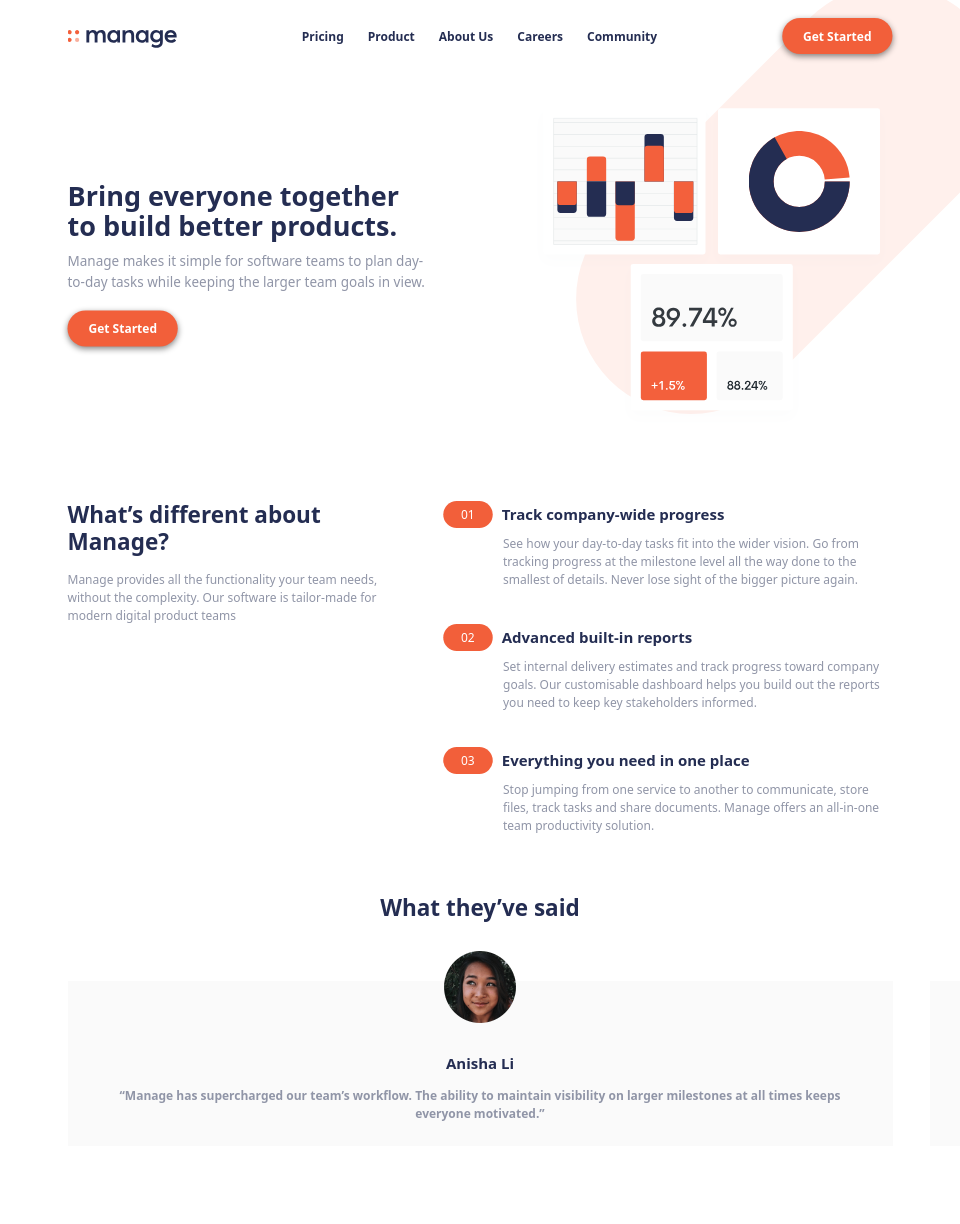
Repository: aqib-01/manage-landing-page
Page: /
An editor plug-in stored every save of this project. The page is shown before and after the next save, followed by the edit.
The browser window is 1280 px wide. The pictures show the whole page, at 75% of full size.
The project was rebuilt for these pictures with package versions that can differ from the ones it lists, and the page was loaded fresh each time.

Above is the page before, as saved 2022-05-12 21:58:19.

### public/index.html
<!DOCTYPE html>
<html lang="en">
  <head>
    <meta charset="utf-8" />
    <link rel="icon" href="%PUBLIC_URL%/favicon.ico" />
    <meta name="viewport" content="width=device-width, initial-scale=1" />
    <meta name="theme-color" content="#000000" />
    <meta name="description" content="Manage Landing Page" />
    <link rel="apple-touch-icon" href="%PUBLIC_URL%/logo192.png" />

    <link rel="manifest" href="%PUBLIC_URL%/manifest.json" />

    <title>Manage Landing Page</title>
  </head>
  <body>
    <noscript>You need to enable JavaScript to run this app.</noscript>
    <div id="root"></div>
  </body>
</html>

### src/index.js
import React from "react";
import ReactDOM from "react-dom";
import "./css/tailwind.css";
import "./css/style.css";
import App from "./App";

ReactDOM.render(
  <React.StrictMode>
    <App />
  </React.StrictMode>,
  document.getElementById("root")
);

### src/css/style.css
.wrapper {
  width: 90%;
  max-width: 1100px;
  @apply mx-auto;
}

img {
  max-width: 100%;
}

html,
body {
  overflow-x: hidden;
}

body {
  position: relative;
}

.nav-intro-sect {
  background-image: url(../../public/images/bg-tablet-pattern.svg);
  background-repeat: no-repeat;
  background-size: contain;
  background-position: top -70px right -80px;
}

@media (min-width: 768px) {
  .nav-intro-sect {
    background-position: top -20px right -60px;
  }
}

nav {
  @apply bg-white absolute top-full  rounded-md text-lg
  font-bold left-0 right-0 mx-5 xs:mx-7 sm:mx-16 md:m-0 overflow-hidden
   text-dark-blue h-0 md:relative md:inset-auto md:overflow-visible
   md:bg-transparent md:text-base  z-30;
}

nav ul {
  @apply py-10 px-8 flex flex-col items-center gap-5 md:gap-8 md:flex-row md:p-0;
}

nav li a {
  @apply hover:opacity-50;
}

.get-start-btn {
  @apply font-bold  bg-bright-red px-7 py-3 rounded-full
  text-white hover:opacity-70;
  -webkit-box-shadow: 0 3px 8px rgba(0, 0, 0, 0.493);
          box-shadow: 0 3px 8px rgba(0, 0, 0, 0.493);
}

.get-start-btn-white {
  @apply font-bold  bg-white px-7 py-3 rounded-full
  text-bright-red hover:bg-very-pale-red;
}

.what-diff-head {
  position: relative;
  @apply flex items-stretch;
}

.what-diff-head::before {
  content: "";
  position: absolute;
  inset: 0;
  @apply bg-very-pale-red -z-10 rounded-full -right-full md:content-none;
}

.what-diff-head span {
  @apply bg-bright-red text-white px-6 rounded-full py-1.5 mr-3
    flex items-center;
}

.what-diff-head h4 {
  @apply font-semibold text-dark-blue flex items-center sm:text-lg md:text-xl;
}

.what-diff-desc {
  @apply text-dark-grayish-blue mt-5 md:mt-2 md:ml-20 text-sm sm:text-base;
}

.swiper-wrapper {
  -webkit-box-align: stretch !important;
      -ms-flex-align: stretch !important;
          align-items: stretch !important;
}

.swiper-wrapper .swiper-slide {
  height: auto;
}

.swiper-pagination-bullet {
  width: 10px !important;
  background-color: transparent !important;
  height: 10px !important;
  border: 2px solid #f25f3a !important;
}

.swiper-pagination-bullet-active {
  background-color: #f25f3a !important;
}

.simplify-sect {
  @apply bg-bright-red py-20;
  background-image: url(../../public/images/bg-simplify-section-mobile.svg);
  background-repeat: no-repeat;
}

@media (min-width: 768px) {
  .simplify-sect {
    background-image: url(../../public/images/bg-simplify-section-desktop.svg);
  }
}

.simplify-sect h2 {
  @apply text-4xl text-white font-semibold text-center
     md:text-left;
}

.simplify-sect button {
  @apply block mt-10 mx-auto md:m-0;
}

.footer-nav {
  @apply flex flex-col gap-3;
}

.footer-nav li a {
  @apply text-very-light-gray font-semibold hover:underline hover:opacity-50;
}

.social-links li button {
  @apply hover:opacity-50;
}

.social-links li button img {
  width: 25px;
}
/*# sourceMappingURL=style.css.map */

### src/App.js
import React from "react";
import Intro from "./components/Intro";
import Nav from "./components/Nav";
import Testimonials from "./components/Testimonials";
import WhatDifferent from "./components/WhatDifferent";

const App = () => {
  return (
    <>
      <div className="nav-intro-sect">
        <Nav />

        <Intro />
      </div>

      <WhatDifferent />
      <Testimonials />
    </>
  );
};

export default App;

### src/components/Intro.js
import React from "react";

const Intro = () => {
  return (
    <section className="mt-10">
      <div className="wrapper">
        <div className="md:flex md:items-center gap-6">
          <div className="md:order-2 flex-1">
            <img
              className="block mx-auto"
              src="images/illustration-intro.svg"
              alt=""
            />
          </div>
          <div className="mt-5 text-center md:text-left  flex-1 lg:mr-28 ">
            <h1 className="text-dark-blue font-bold  text-4xl">
              Bring everyone together to build better products.
            </h1>
            <p className="mt-3 text-lg text-dark-grayish-blue ">
              Manage makes it simple for software teams to plan day-to-day tasks
              while keeping the larger team goals in view.
            </p>
            <button className="get-start-btn  mx-auto my-6 block md:mx-0">
              Get Started
            </button>
          </div>
        </div>
      </div>
    </section>
  );
};

export default Intro;

### src/components/Nav.js
import React, { useEffect, useState, useLayoutEffect } from "react";
import gsap from "gsap";
import { ScrollTrigger } from "gsap/ScrollTrigger";
gsap.registerPlugin(ScrollTrigger);
const Nav = () => {
  const [isNavOpen, setIsNavOpen] = useState(false);
  const toggleNav = () => {
    setIsNavOpen(!isNavOpen);
  };
  useEffect(() => {
    let navShowEl = document.querySelector(".nav-show");
    let navHideEl = document.querySelector(".nav-hide");
    if (isNavOpen) {
      document.documentElement.classList.add("overflow-hidden");
    } else if (!isNavOpen) {
      document.documentElement.classList.remove("overflow-hidden");
    }
    if (navShowEl) {
      gsap.to(navShowEl, {
        height: "auto",
        ease: "power",
      });
    }
    if (navHideEl) {
      gsap.to(navHideEl, {
        height: 0,
        duration: 0.2,
      });
    }
  }, [isNavOpen]);
  useEffect(() => {
    window.addEventListener(
      "resize",
      () => {
        if (window.innerWidth >= 768) {
          setIsNavOpen(false);
        }
      },
      []
    );
  });
  return (
    <>
      {isNavOpen && (
        <div className=" bg-black fixed inset-0 bg-opacity-10"></div>
      )}



      <header className=" ">
        <div className="wrapper py-8 relative md:py-6">
          <div className="flex items-center justify-between gap-10">
            <div className="logo-main relative z-20 mt-2">
              <img src="images/logo.svg" alt="Main Logo" />
            </div>
            <button
              className="ham-btn relative z-20 md:hidden"
              onClick={toggleNav}
            >
              <img
                src={
                  isNavOpen
                    ? "images/icon-close.svg"
                    : "images/icon-hamburger.svg"
                }
                alt="Hamburger Icon"
              />
            </button>
            <nav
              className={`${isNavOpen ? "nav-show" : "nav-hide"} md:!h-auto`}
            >
              <ul>
                <li>
                  <a href="#">Pricing</a>
                </li>
                <li>
                  <a href="#">Product</a>
                </li>
                <li>
                  <a href="#">About Us</a>
                </li>
                <li>
                  <a href="#">Careers</a>
                </li>
                <li>
                  <a href="#">Community</a>
                </li>
              </ul>
            </nav>
            <button className="get-start-btn hidden  lg:block">
              Get Started
            </button>
          </div>
        </div>
      </header>
    </>
  );
};

export default Nav;

### src/components/Testimonials.js
import React from "react";
import { Swiper, SwiperSlide } from "swiper/react";
import { Autoplay } from "swiper";
import "swiper/css";
import "swiper/css/pagination";
import "swiper/css/autoplay";
import { Pagination } from "swiper";
const Testimonials = () => {
  const pagination = {
    clickable: true,
    el: ".custom-pagination",
    renderBullet: function (index, className) {
      return `<button class="${className}"></button>`;
    },
  };
  return (
    <section className="my-20">
      <div className="wrapper">
        <h2 className="text-3xl mb-20 text-center text-dark-blue font-semibold">
          What they’ve said
        </h2>
        <Swiper
          className="!overflow-visible"
          spaceBetween={50}
          pagination={pagination}
          autoplay={{
            delay: 5000,
          }}
          modules={[Pagination, Autoplay]}
        >
          <SwiperSlide>
            <div className="bg-very-light-gray px-8 pb-8">
              <img
                className="w-24 -translate-y-10 block mx-auto"
                src="images/avatar-ali.png"
                alt=""
              />
              <div>
                <h5 className="text-dark-blue text-xl font-bold text-center">
                  Anisha Li
                </h5>
                <p className="mt-4 text-dark-grayish-blue text-center font-semibold">
                  “Manage has supercharged our team’s workflow. The ability to
                  maintain visibility on larger milestones at all times keeps
                  everyone motivated.”
                </p>
              </div>
            </div>
          </SwiperSlide>
          <SwiperSlide className="overflow-visible">
            <div className="bg-very-light-gray px-8 pb-8">
              <img
                className="w-24 -translate-y-10 block mx-auto"
                src="images/avatar-ali.png"
                alt=""
              />
              <div>
                <h5 className="text-dark-blue text-xl font-bold text-center">
                  Ali Bravo
                </h5>
                <p className="mt-4 text-dark-grayish-blue text-center font-semibold">
                  “We have been able to cancel so many other subscriptions since
                  using Manage. There is no more cross-channel confusion and
                  everyone is much more focused.”
                </p>
              </div>
            </div>
          </SwiperSlide>
        </Swiper>
        <div className="custom-pagination justify-center flex items-center mt-6 gap-3"></div>
      </div>
    </section>
  );
};

export default Testimonials;

### src/components/WhatDifferent.js
import React from "react";

const WhatDifferent = () => {
  return (
    <section className="mt-24">
      <div className="wrapper">
        <div className="md:flex gap-10 lg:gap-20">
          <div className="text-center mb-16 md:text-left">
            <h2 className="text-3xl text-dark-blue font-bold">
              What’s different about Manage?
            </h2>
            <p className="text-dark-grayish-blue mt-5">
              Manage provides all the functionality your team needs, without the
              complexity. Our software is tailor-made for modern digital product
              teams
            </p>
          </div>
          <div>
            <div>
              <div className="what-diff-head ">
                <span className="">01</span>
                <h4 className="">Track company-wide progress</h4>
              </div>
              <p className="what-diff-desc">
                See how your day-to-day tasks fit into the wider vision. Go from
                tracking progress at the milestone level all the way done to the
                smallest of details. Never lose sight of the bigger picture
                again.
              </p>
            </div>
            <div className="mt-12">
              <div className="what-diff-head ">
                <span className="">02</span>
                <h4 className="">Advanced built-in reports</h4>
              </div>
              <p className="what-diff-desc">
                Set internal delivery estimates and track progress toward
                company goals. Our customisable dashboard helps you build out
                the reports you need to keep key stakeholders informed.
              </p>
            </div>
            <div className="mt-12">
              <div className="what-diff-head ">
                <span className="">03</span>
                <h4 className="">Everything you need in one place</h4>
              </div>
              <p className="what-diff-desc">
                Stop jumping from one service to another to communicate, store
                files, track tasks and share documents. Manage offers an
                all-in-one team productivity solution.
              </p>
            </div>
          </div>
        </div>
      </div>
    </section>
  );
};

export default WhatDifferent;

### tailwind.config.js
module.exports = {
  content: ["./src/**/*.{js,jsx,ts,tsx}"],
  theme: {
    screens: {
      xs: "380px",
      sm: "640px",

      md: "768px",

      lg: "1024px",

      xl: "1280px",

      "2xl": "1536px",
    },
    extend: {
      colors: {
        "bright-red": "hsl(12, 88%, 59%)",
        "dark-blue": "hsl(228, 39%, 23%)",
        "dark-grayish-blue": "hsl(227, 12%, 61%)",
        "very-dark-blue": "hsl(233, 12%, 13%)",
        "very-pale-red": "hsl(13, 100%, 96%)",
        "very-light-gray": "hsl(0, 0%, 98%)",
      },
    },
  },
  plugins: [],
};

Loaded but not shown: src/css/tailwind.css (common file)

After the next save:
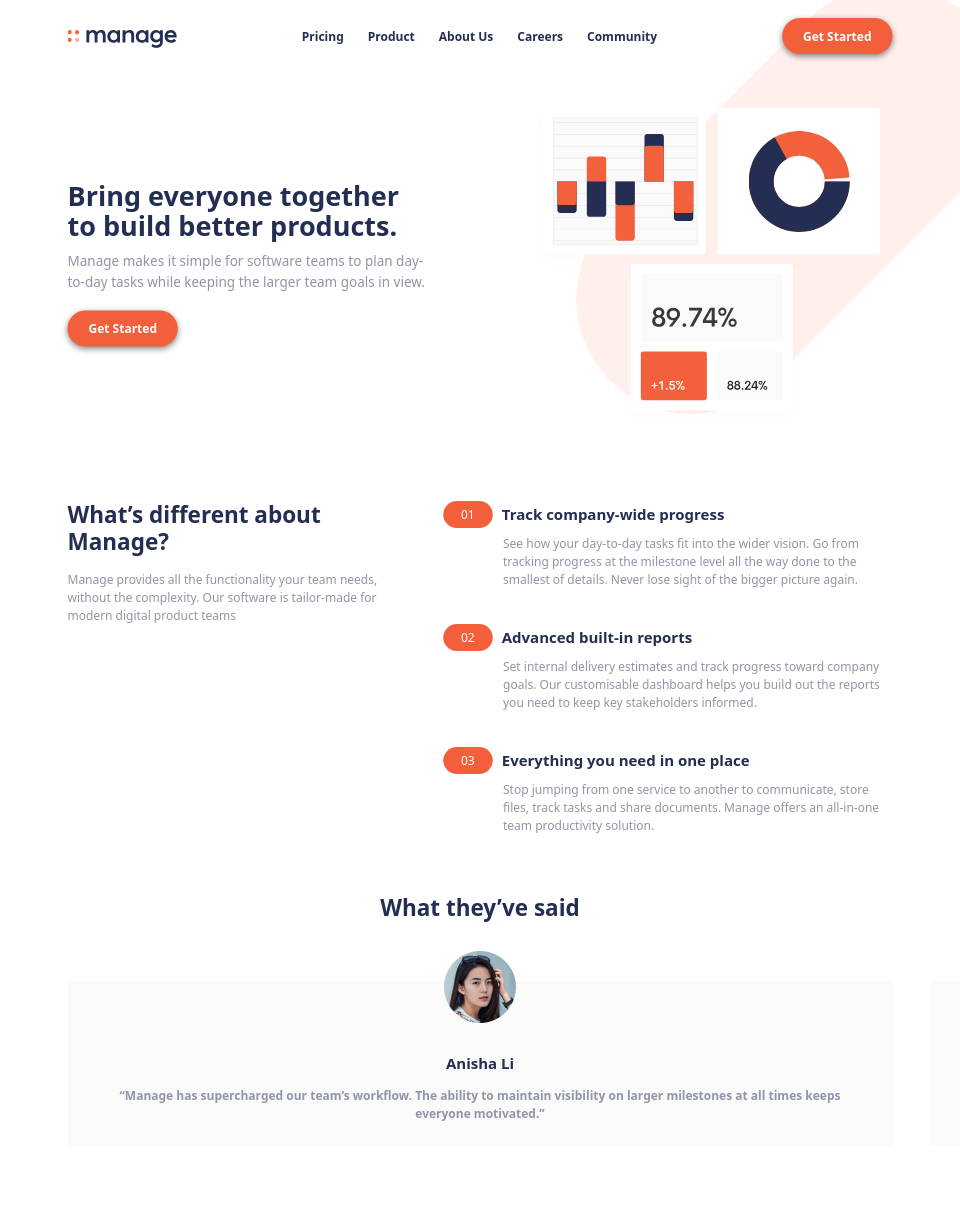
Saved 12 s later.
--- a/src/components/Testimonials.js
+++ b/src/components/Testimonials.js
@@ -32,7 +32,7 @@ const Testimonials = () => {
             <div className="bg-very-light-gray px-8 pb-8">
               <img
                 className="w-24 -translate-y-10 block mx-auto"
-                src="images/avatar-ali.png"
+                src="images/avatar-anisha.png"
                 alt=""
               />
               <div>
